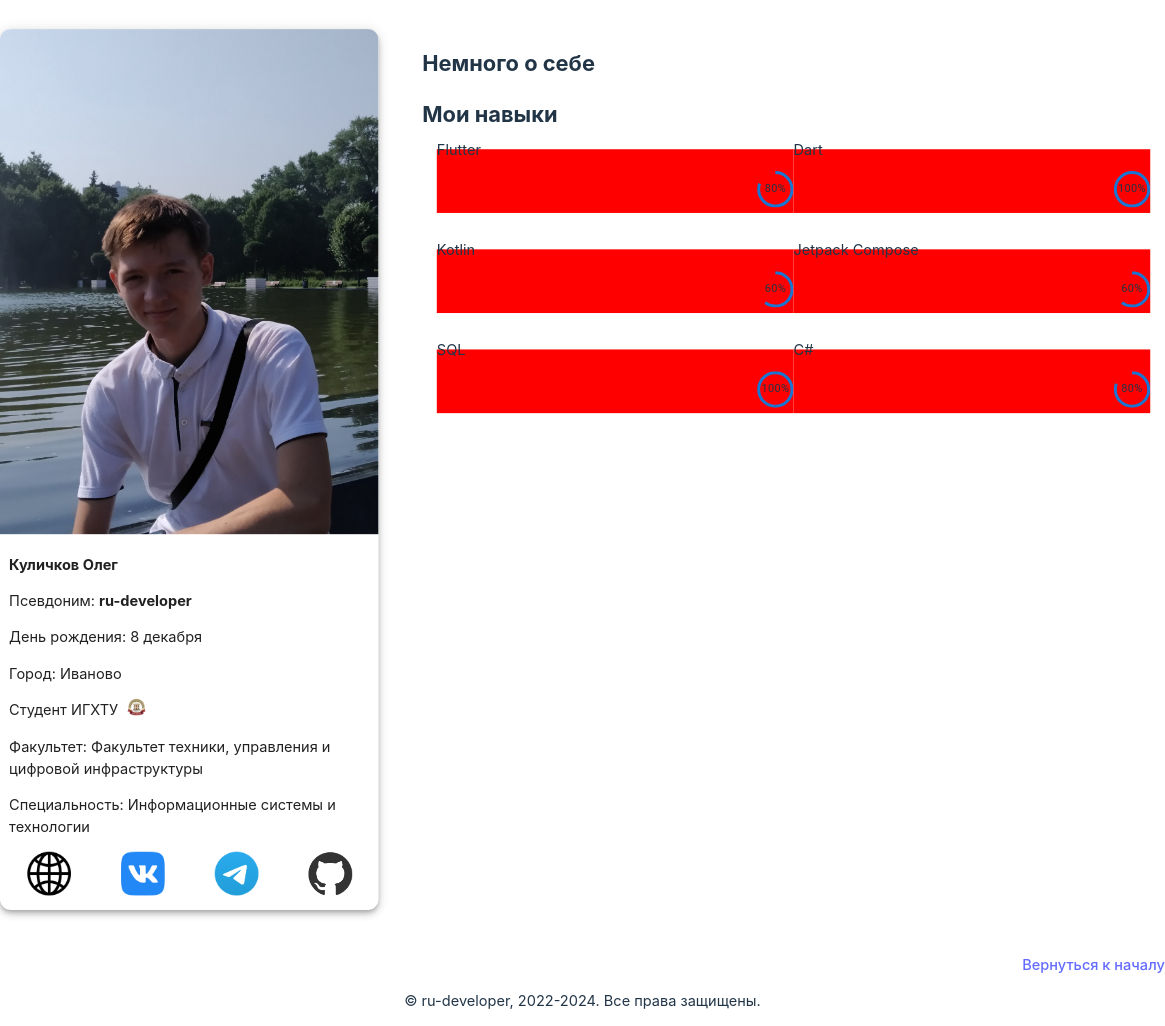
Repository: HubOl01/my_profile
Page: /
An editor plug-in stored every save of this project. The page is shown before and after the next save, followed by the edit.
The browser window is 1280 px wide. The pictures show the whole page, at 91% of full size.
The project was rebuilt for these pictures with package versions that can differ from the ones it lists, and the page was loaded fresh each time. Also part of the build but not shown: vite.config.ts, src/components/header/Header.module.scss, src/data/websites.ts.

Above is the page before, as saved 2024-03-09 11:01:10.

### src/App.tsx
import { Grid } from '@mui/material'
import './App.css'
import Common from './components/center/Common'
import Footer from './components/footer/Footer'
import Header from './components/header/Header'
import LeftBar from './components/left/LeftBar'
import style from './App.module.scss'

function App() {

  return (
    <>
      <Header />
      <Grid container spacing={2}>
        <Grid className={style.profile} item xs={4}>
          <LeftBar />
        </Grid>
        <Grid item xs>
          <Common />
        </Grid>
      </Grid>
      <Footer />
    </>
  )
}

export default App

### src/App.css
#root {
  max-width: 1280px;
  margin: 0 auto;
  /* padding: 2rem; */
  /* text-align: center; */
}
.logo:hover {
  filter: drop-shadow(0 0 2em #646cffaa);
}
.logo.react:hover {
  filter: drop-shadow(0 0 2em #61dafbaa);
}

@keyframes logo-spin {
  from {
    transform: rotate(0deg);
  }
  to {
    transform: rotate(360deg);
  }
}

@media (prefers-reduced-motion: no-preference) {
  a:nth-of-type(2) .logo {
    animation: logo-spin infinite 20s linear;
  }
}

/* .card {
  padding: 2em;
} */

.read-the-docs {
  color: #888;
}


/* .profile{
  min-width: 100%;
} */

### src/components/center/Common.tsx
import React from 'react'
import styles from './styles.module.scss'
import { Box, Grid } from '@mui/material'
import { CircularProgressWithLabel } from '../atoms/circularProgressWithLabel'
import { my_skills } from '../../data/my_skills'

export default function Common() {
  return (
    <div className={styles.center_common}>
      <h2>Немного о себе</h2>
      <p>

      </p>
      <h2>
        Мои навыки
      </h2>
      <Grid container margin={2} rowGap={5}>
        {
          my_skills.map((skill) =>
            <Grid xs={6}>
              <Box sx={{
                // width: "100%",
                "textAlign": "right",
                background: "red",
              }}
              ><div style={{
                // display: "inline-block",
                whiteSpace: "nowrap",
                "textAlign": "left",
                transform: "translateY(-50%)",
              }}>
                  {skill.name}

                </div>
                <div style={{
                  whiteSpace: "nowrap",
                  // display: "inline-block",
                  "textAlign": "right",
                }}>
                  <CircularProgressWithLabel value={skill.progress * 100} />

                </div>


              </Box>
            </Grid>
          )
        }
        {/*
        <Grid xs={6} ><CircularProgressWithLabel value={my_skills[0].progress}/></Grid> */}
        {/* <Grid xs={6} ><CircularProgressWithLabel value={}/><</Grid>
        <Grid xs={6} ><CircularProgressWithLabel value={}/><</Grid>
        <Grid xs={6} ><CircularProgressWithLabel value={}/><</Grid>
        <Grid xs={6} ><CircularProgressWithLabel value={}/><</Grid>
        <Grid xs={6} ><CircularProgressWithLabel value={}/><</Grid> */}
      </Grid>
      {/* <h2>Хобби</h2>
      <p>
        Я люблю изучать что-то новое. Я программирую на языке программирования
        C# и продолжаю осваивать язык в некоторых направлениях. (Например:
        создание мобильных приложений Xamarin и создание игр Unity)
      </p>
      <h2>Спорт</h2>
      <p>
        Я более 10 лет занимаюсь конькобежным спортом. В 16 лет выполнил
        спортивный разряд кандидат в мастера спорта. Кроме этого, с начала 1
        курса я начал заниматься легкой атлетикой. Принимаю участие в
        соревнованиях в составе сборной ИГХТУ.
      </p> */}
    </div>
  )
}

### src/components/footer/Footer.tsx
import React from 'react'

export default function Footer() {
  return (
    // <footer className="text-muted" style={{
    //   "width":"100%"
    // }}>
      <div className="container">
        <p className="float-right" style={{
      "textAlign": "right"
    }}>
          <a href="#">Вернуться к началу</a>
        </p>
        <p className="footer-text"
        style={{
          "textAlign": "center"
        }}
        >© ru-developer, 2022-{(new Date()).getFullYear()}. Все права защищены.</p>
      </div>
    // </footer>
  )
}

### src/components/header/Header.tsx
import './Header.module.scss'

export default function Header() {
  return (
      <div>
        {/* <h1>About myself</h1> */}
      </div>
  )
}

### src/components/left/LeftBar.tsx
import { Card, Grid } from '@mui/material';
import about from '../../assets/images/About.jpg';
import isuct from '../../assets/images/isuct.png';
import { websites } from '../../data/websites';
import { nickname } from '../../data/my_projects';
import style from './style.module.scss';

const list_web = websites.map((web) =>
  <Grid item xs>
    <div className="web">
      <a
        href={web.href}
        title={web.title}
      >
        <img
          className={style.img_icon}
          alt={web.alt}
          src={web.src}
          width={40}
        />
      </a>
    </div>
  </Grid>
)


const LeftBar = () => {
  return (
    <>
      <Card elevation={5}
      className={style.leftCard}
        sx={{
          borderRadius: 3,
        }} >
        <a title="Куличков Олег" href="https://vk.com/oleg01f">
          <img
            alt="about"
            src={about}
            style={{
              // borderRadius: '15px',
              display: 'flex',
              width: "100%",
            }}
            data-holder-rendered="true"
          />
        </a>
        <div style={{ padding: "5px 10px 10px 10px" }}> {/* top, right, bottom, left */}
          <div>
            <p>
              <b>Куличков Олег</b>
            </p>
            <p>
              Псевдоним: <b>{nickname}</b>
            </p>
            <p>
              <span >День рождения:</span> 8 декабря
            </p>
            <p>
              <span className="text-format">Город:</span> Иваново
            </p>
            <p>
              Студент ИГХТУ
              <img
                className="isuct"
                alt="ISUCT"
                src={isuct}
                width={20}
                style={{ "marginLeft": "10px" }}
              // data-holder-rendered="true"
              />
            </p>
            <p>
              <span className="text-format">Факультет:</span> Факультет техники,
              управления и цифровой инфраструктуры
            </p>
            <p>
              <span className="text-format">Специальность:</span> Информационные
              системы и технологии
            </p>
            {/* <p style={{
              "textAlign": "center",
              "justifyContent": "center",
              display: 'flex',
              width: "100%",

          }}>
            <span className="text-format">Социальные сети</span>
          </p> */}

            <Grid container spacing={2}

              sx={{
                'textAlign': "center",
                // display: 'flex',
                // width: "100%",
              }
              }>
              {list_web}
            </Grid>

          </div>
        </div>


      </Card>
    </>
  )
}

export default LeftBar

### src/App.module.scss
@media (max-width: 425px) {
    .profile{
      min-width: 100%;
    }
  }
  @media screen and (min-width: 426px) {
    .profile{
      min-width: 300px;
    }
  }

### src/components/center/styles.module.scss
.center_common{
    padding: 2rem;
}

### src/components/atoms/circularProgressWithLabel.tsx
import * as React from 'react';
import CircularProgress, {
  CircularProgressProps,
} from '@mui/material/CircularProgress';
import Typography from '@mui/material/Typography';
import Box from '@mui/material/Box';

export function CircularProgressWithLabel(
  props: CircularProgressProps & { value: number },
) {
  return (
    <Box sx={{ position: 'relative', display: 'inline-flex' }}>
      <CircularProgress variant="determinate" {...props} />
      <Box
        sx={{
          top: 0,
          left: 0,
          bottom: 0,
          right: 0,
          position: 'absolute',
          display: 'flex',
          alignItems: 'center',
          justifyContent: 'center',
        }}
      >
        <Typography
          variant="caption"
          component="div"
          // color="text.secondary"
        >{`${Math.round(props.value)}%`}</Typography>
      </Box>
    </Box>
  );
}

// export default function CircularWithValueLabel() {
//   const [progress, setProgress] = React.useState(10);

//   React.useEffect(() => {
//     const timer = setInterval(() => {
//       setProgress((prevProgress) => (prevProgress >= 100 ? 0 : prevProgress + 10));
//     }, 800);
//     return () => {
//       clearInterval(timer);
//     };
//   }, []);

//   return <CircularProgressWithLabel value={progress} />;
// }

### src/data/my_skills.ts
import { FullStack } from "./my_projects";

interface ISkill{
    name: string;
    progress: number;
}

export const my_skills: ISkill[] = [
    {
        name: FullStack.Flutter,
        progress: .80
    },
    {
        name: FullStack.Dart,
        progress: 1
    },
    {
        name: FullStack.Kotlin,
        progress: .6
    },
    {
        name: FullStack.Jetpack_Compose,
        progress: .6
    },
    {
        name: FullStack.SQL,
        progress: 1
    },
    {
        name: FullStack.C_sharp,
        progress: .8
    }
]

### src/data/my_projects.ts
export interface IProjects {
  title: string;
  description: string[];
  url_icon: string;
  url_images: string[];
  url_stores: string[];
  url_sources: string[];
  creator: string;
  fullStack: string[];
  platforms: string[];
  color: string;
}
export const nickname = "ru-developer";
export enum Platforms {
  Android = "Android",
  IOS = "IOS",
  Windows = "Windows",
  Linux = "Linux",
  Web = "Web",
}
// enum Colors {
//   Red = "",
//   White = "",
//   Black = "",
//   Green = "",
// }
export enum FullStack {
  Flutter = "Flutter",
  Dart = "Dart",
  Kotlin = "Kotlin",
  Jetpack_Compose = "Jetpack Compose",
  Winforms = "Winforms",
  C_sharp = "C#",
  React = "React",
  Typescript = "Typescript",
  Retrofit = "Retrofit",
  PHP = "PHP",
  SQLite = "SQLite",
  SQL = "SQL",
  MySQL = "MySQL",
  PostgreSQL = "PostgreSQL",
  Git = "Git",
  HTML = "HTML",
  CSS = "CSS",
  SCSS = "SCSS",
  Vite = "Vite",
}

export const projects: IProjects[] = [
  {
    title: "My Songbook",
    description: [
      "My Songbook – это творческая мастерская в вашем кармане. Независимо от того, являетесь ли вы гитаристом, певцом, композитором или просто энтузиастом музыки, это приложение поможет вам воплотить ваши музыкальные идеи в жизнь.",
      "\n",
      "Основные возможности:",
      "\n",
      "- Записывайте и редактируйте песни: Создавайте музыку в любое время, в любом месте. Записывайте мелодии, добавляйте тексты и настраивайте аранжировки – все это в вашем распоряжении.",
      "- Справочник аккордов для гитары: Независимо от вашего уровня мастерства, наше приложение предлагает обширный справочник аккордов для гитары. Найдите нужный аккорд и создайте свой собственный уникальный звук.",
      "- Автоскролл и легкая навигация: Никогда больше не теряйтесь в тексте. Функция автоскролла позволяет вам сконцентрироваться на музыке, а не на прокрутке текста.",
      "- Делитесь своей музыкой: Поделитесь своими произведениями с миром через социальные сети непосредственно из приложения. Позвольте всем услышать вашу творческую энергию.",
      "- Аудиофайлы с песнями: Сохраняйте свои композиции в виде аудиофайлов. Прослушивайте их в любое время или отправляйте друзьям и коллегам.",
      "\n",
      "Почему выбрать My Songbook?",
      "\n",
      "- Простота и удобство: Даже если вы начинающий музыкант, вы сможете создавать профессиональные композиции с легкостью.",
      "- Безопасное хранение ваших произведений: Ваши записи остаются конфиденциальными. Спокойно работайте над своими идеями, зная, что они в безопасности.",
      "\n",
      "Неважно, вы начинающий музыкант или профессионал, My Songbook поможет вам создать и поделиться музыкой, которая касается сердец. Начните свое музыкальное путешествие сегодня!",
    ],
    url_icon: "",
    url_images: [],
    url_stores: [
      "https://apps.rustore.ru/app/ru.ru_developer.my_songbook",
      "https://appgallery.huawei.com/app/C109087129",
      "https://global.app.mi.com/details?lo=RU&la=en_US&id=ru.ru_developer.my_songbook.mi",
    ],
    url_sources: ["https://github.com/HubOl01/my_songbook"],
    creator: nickname,
    fullStack: [FullStack.Flutter, FullStack.Dart],
    platforms: [Platforms.Android],
    color: "",
  },
  {
    title: "Мой универ - ИГХТУ",
    description: [
      '"Мой универ - ИГХТУ" - это мобильное приложение, специально разработанное для студентов Ивановского государственного химико-технологического университета. Вы теперь сможете посмотреть расписание пар даже без интернета! Также можно получать уведомления об информации пар каждый день. В приложении также доступны заметки и вы можете записывать лекции, делать пометки, прикреплять ссылки и также делиться ими.',
      "\n",
      "Основные функции приложения:",
      "\n",
      "- Календарь с расписанием пар на текущий день",
      "- Расписание лекций, практик и семинаров",
      "- Новости ВУЗа",
      "- Вход в moodle ИГХТУ",
      "- Расписание преподавателей, сессий",
      "- Поисковик",
      "- Заметки, конспекты",
      "- Уведомления об информации пар на каждый день",
      "\n",
      "Также приложение адаптировано под планшеты      ",
    ],
    url_icon: "",
    url_images: [],
    url_stores: [
      "https://apps.rustore.ru/app/ru.ru_developer.my_university_isuct",
    ],
    url_sources: ["https://github.com/HubOl01/my_university_isuct"],
    creator: nickname,
    fullStack: [FullStack.Flutter, FullStack.Dart, FullStack.PHP],
    platforms: [Platforms.Android],
    color: "",
  },
  {
    title: "MyAppHome",
    description: ["Приложение для многоквартирных домов"],
    url_icon: "",
    url_images: [],
    url_stores: [],
    url_sources: [],
    creator: "Создано вместе с командой OVERLAGO",
    fullStack: [FullStack.Flutter, FullStack.Dart],
    platforms: [Platforms.Android],
    color: "",
  },
  {
    title: "City Adventures",
    description: [],
    url_icon: "",
    url_images: [],
    url_stores: [],
    url_sources: [],
    creator: "Создано с командой на хакатоне",
    fullStack: [FullStack.Flutter, FullStack.Dart],
    platforms: [Platforms.Android],
    color: "",
  },
  {
    title: "Bellisemo",
    description: ["Student project for study architectural technologies"],
    url_icon: "",
    url_images: [],
    url_stores: [],
    url_sources: [],
    creator: "Student project",
    fullStack: [FullStack.React, FullStack.Typescript],
    platforms: [Platforms.Web],
    color: "",
  },
  {
    title: "Weather",
    description: ["Student project for study kotlin jetpack compose"],
    url_icon: "",
    url_images: [],
    url_stores: [],
    url_sources: [],
    creator: nickname,
    fullStack: [
      FullStack.Jetpack_Compose,
      FullStack.Kotlin,
      FullStack.Retrofit,
    ],
    platforms: [Platforms.Android],
    color: "",
  },
  {
    title: "My portfolio",
    description: ["Вебсайт для показа своих проектов, которые мы видим здесь"],
    url_icon: "",
    url_images: [],
    url_stores: [],
    url_sources: [],
    creator: nickname,
    fullStack: [FullStack.React, FullStack.Typescript],
    platforms: [Platforms.Web],
    color: "",
  },
];

### src/components/left/style.module.scss
@media (max-width: 699px) {
    .img_icon {
        width: 2em;
        // height: 50%;
    }
}
@media screen and (min-width: 700px) {
    .img_icon {
        width: 3em;
        // height: 50%;
    }
}
// @media screen and (max-width: 768px) {
//     .img_icon {
//         width: 50px;
//         height: 50px;
//     }
// }
div {
    display: "flex";
}
.leftCard {
    margin: 2em 0;
}
/* // .custom-card{

// } */

Loaded but not shown: index.html (common file); src/main.tsx (common file); src/index.css (common file)

After the next save:
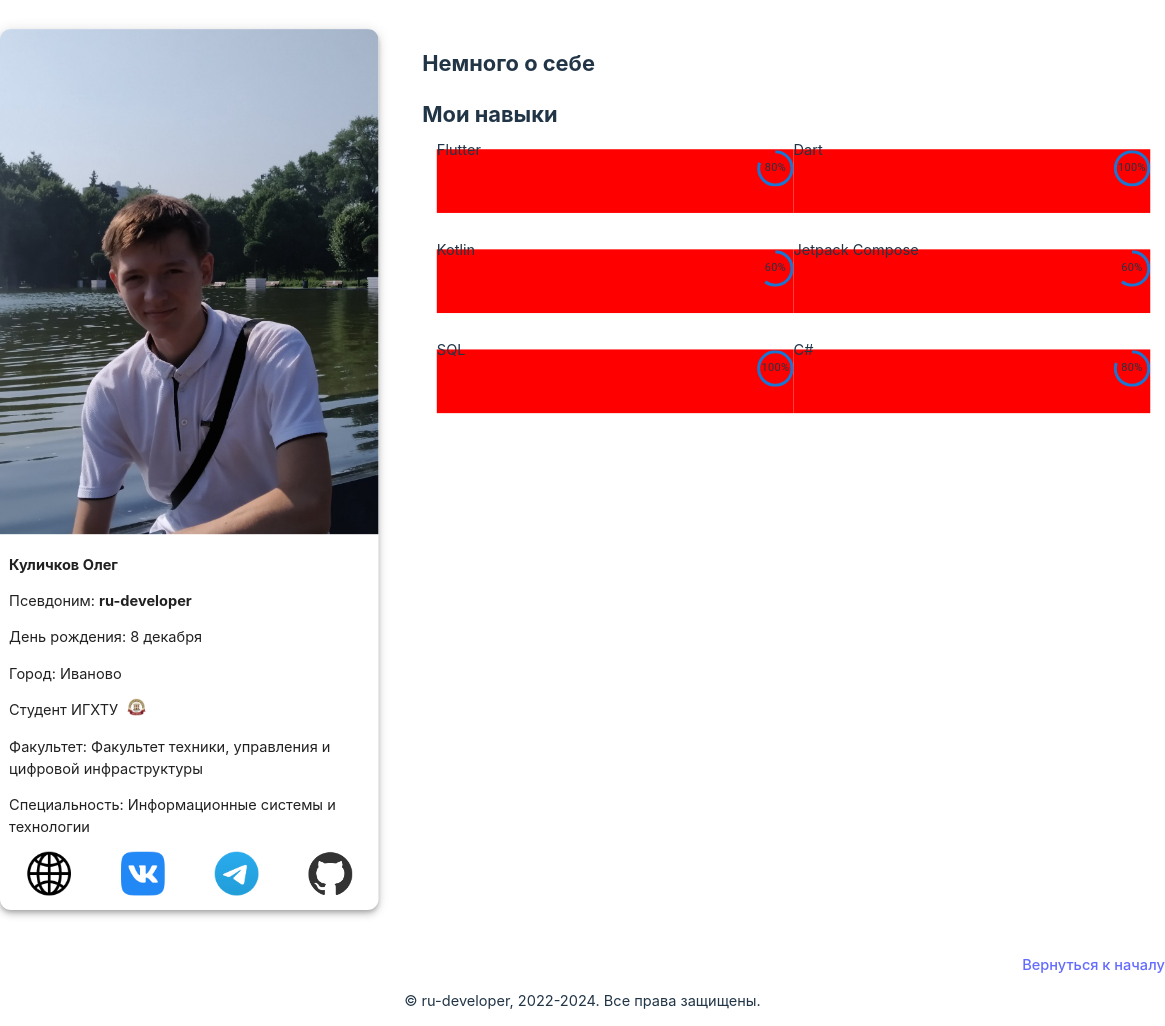
Saved 9 s later.
--- a/src/components/center/Common.tsx
+++ b/src/components/center/Common.tsx
@@ -36,6 +36,7 @@ export default function Common() {
                   whiteSpace: "nowrap",
                   // display: "inline-block",
                   "textAlign": "right",
+                  transform: "translateY(-50%)",
                 }}>
                   <CircularProgressWithLabel value={skill.progress * 100} />
 
